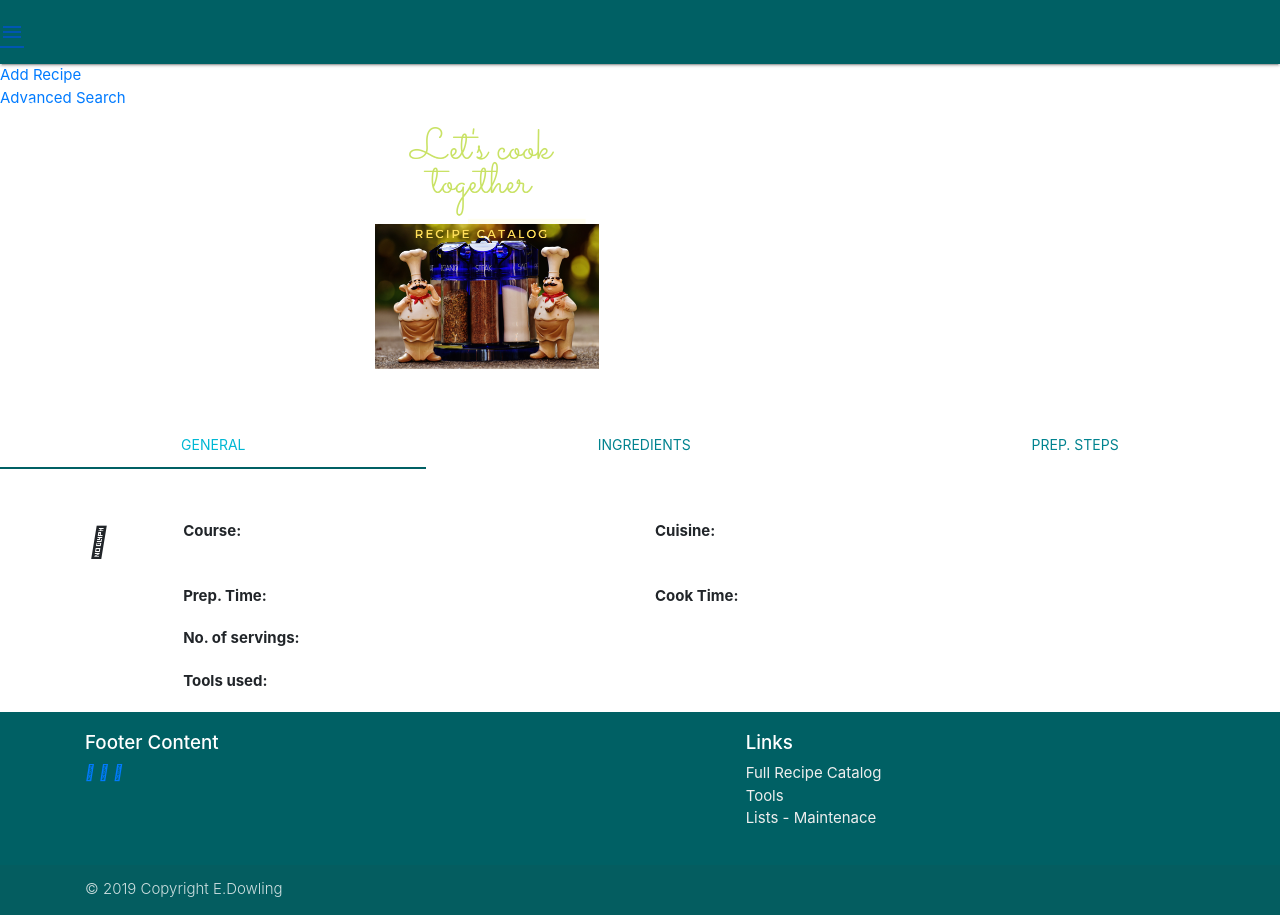
Repository: eldowling/lets-cook-together
Page: templates/recipe.html
The author's editor kept a record of every edit. The page is drawn from the files as they stood at one moment, then again after the next edit.
The browser window is 1280 px wide. The pictures show the whole page.
Some web libraries are served in a nearby version. The page is served by the project's application, run on Flask 3 (app.py). The template is opened directly, without the code that normally fills it, so the values that code supplies are empty.

Above is the page before.
Console error: TypeError: $(...).collapsible is not a function

After the next edit:
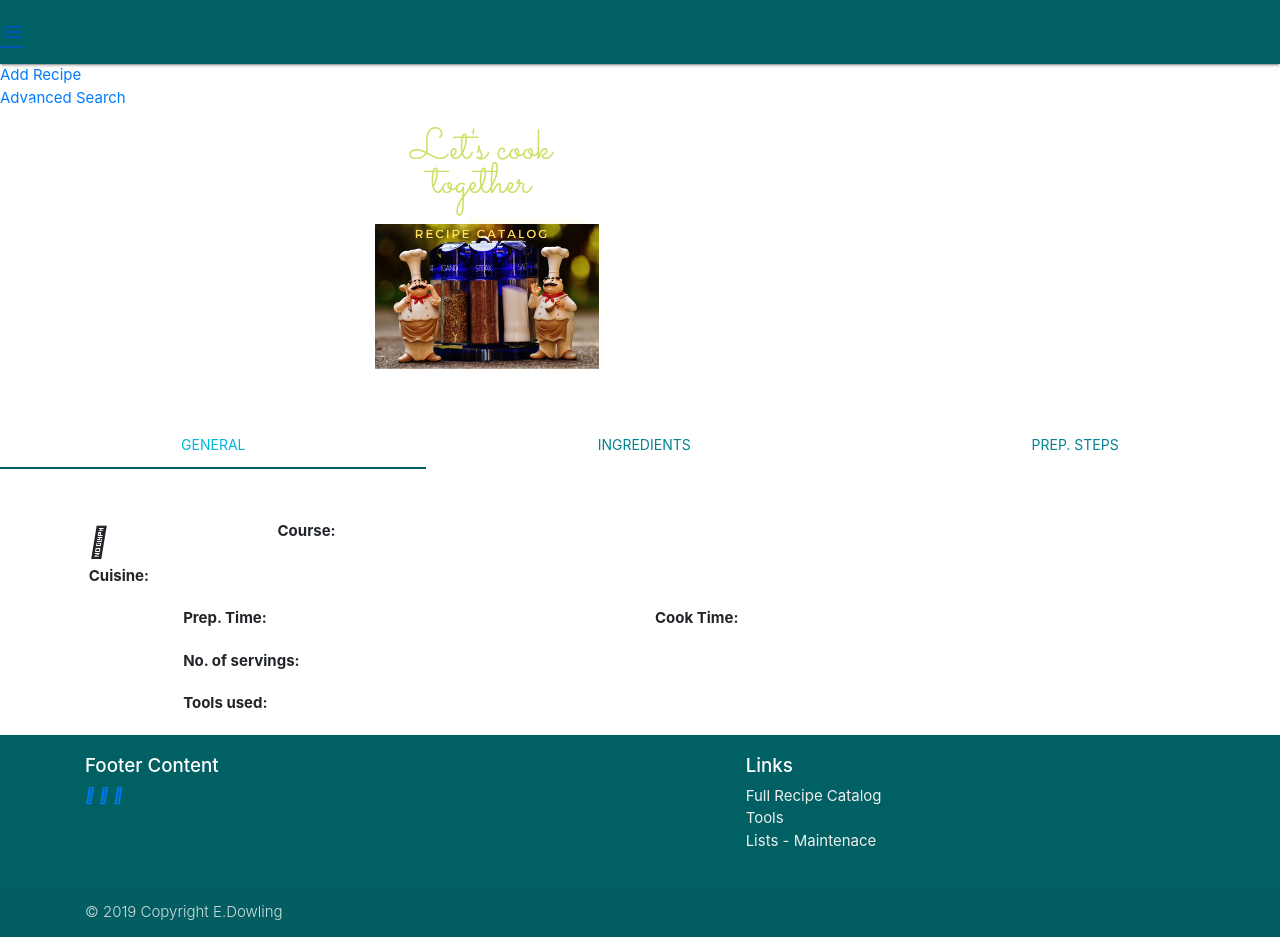
The edit:
--- a/templates/recipe.html
+++ b/templates/recipe.html
@@ -20,7 +20,7 @@
     </div>
   </div>
   <div class="row">
-    <div class="col-1">
+    <div class="col-2">
       <i class="fas fa-coffee fa-2x"></i>
     </div>
     <div class="col-5">
